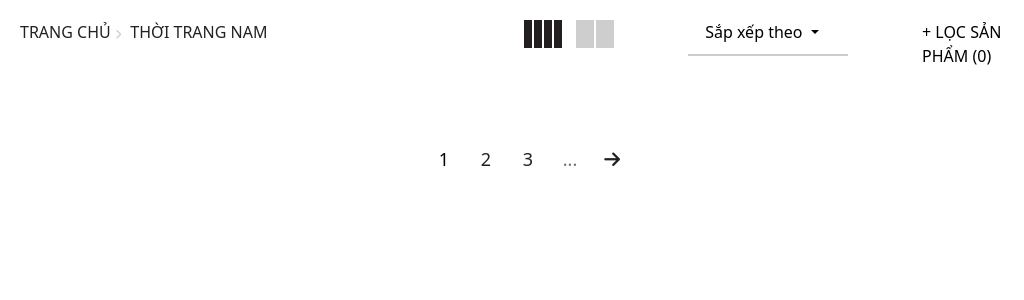
Repository: NguyenQuangQuan021099/FE_Page-Male
Page: index.html
These files come from the project's save history. The page is drawn as it stood at one moment and after a run of saves; the edit follows.
The browser window is 1024 px wide. The pictures show the whole page.
The page's requests for data from a server got no answer. Some web libraries are served in a nearby version.

Above is the page before, as saved 2021-07-09 10:13:41.

After the next 2 saves:
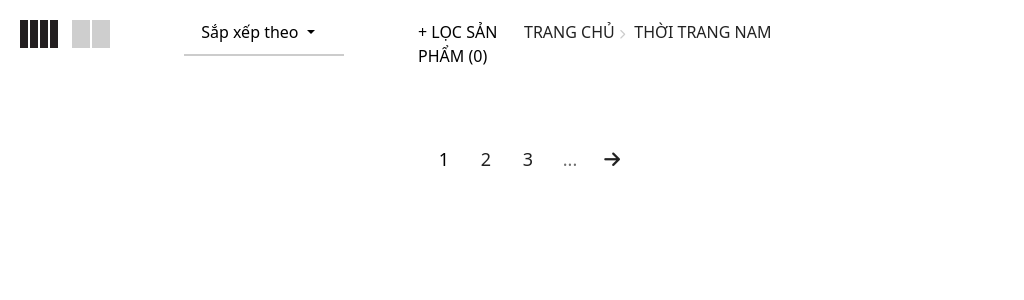
The 2 saves are shown as one change because they came seconds apart.
The last was saved 9 s later.
--- a/style.css
+++ b/style.css
@@ -303,4 +303,8 @@ li .renderItems .sub__div a:hover .sub__content{
             order: 1;
         }
 
-}
+        .breadcrumbs{
+            order: 2;
+        }
+
+}
